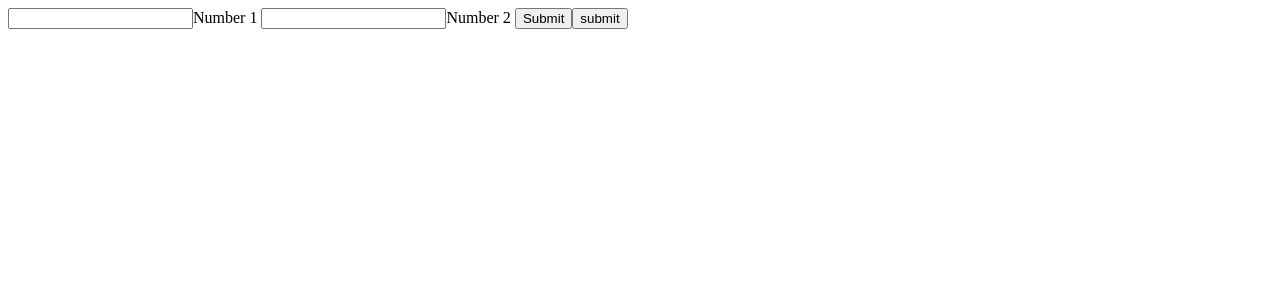
Repository: Nanda-Hari-Reddy/YouTube-Clone
Page: MDB-Free_4.20.0/SERVELETS/servelet-1/src/main/webapp/addition.html
These files come from the project's save history. The page is drawn as it stood at one moment and after the next save; the edit follows.
The browser window is 1280 px wide. The pictures show the whole page.

Above is the page before, as saved 2023-10-08 11:36:47.

After the next save:
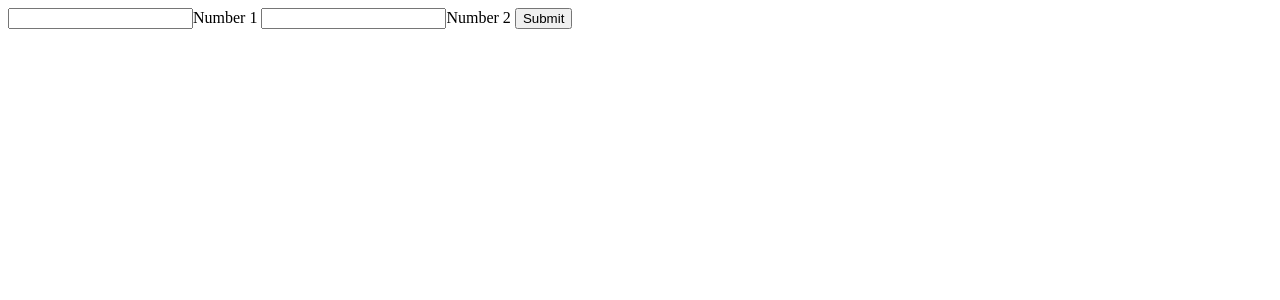
Saved 54 s later.
--- a/MDB-Free_4.20.0/SERVELETS/servelet-1/src/main/webapp/addition.html
+++ b/MDB-Free_4.20.0/SERVELETS/servelet-1/src/main/webapp/addition.html
@@ -6,9 +6,9 @@
 </head>
 <body>
 	<form>
-		<input type="text">Number 1</input>
+		<input type="text">Number 1
 		<input type="text">Number 2</input>
-		<input type="submit"><button>submit</button></input>
+		<input type="submit">
 	</form>
 </body>
 </html>
